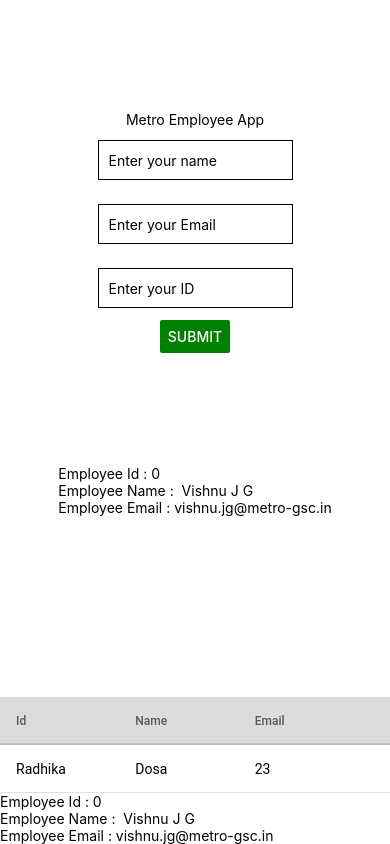
Repository: VishnuJG/Metro-Employee-App
Screen: /
These files come from the project's save history. The screen is drawn as it stood at one moment and after the next save; the edit follows.
The app was drawn by React Native's web renderer in a window 390 px wide. The project was rebuilt for these pictures with package versions that can differ from the ones it lists, and the page was loaded fresh each time.

Above is the screen before, as saved 2022-06-28 14:49:48.

### App.js
import { StatusBar } from 'expo-status-bar';
import React, { useState } from "react";
import { StyleSheet, Text, View, TextInput, Button, Alert} from 'react-native';
import { useDimensions } from '@react-native-community/hooks';
import Task from './components/Task';
import { DataTable } from "react-native-paper";
import Table from './components/Table';


export default function App() {

  // const {landscape}=useDimensions();
  const [emp, onEmpUpdate] = useState([{ id: 0, name: " Vishnu J G", email:"vishnu.jg@metro-gsc.in" }]);
  const [name, onChangeName] = useState("");
  const [email, onChangeEmail] = useState("");
  const [id, onChangeid] = useState(null);
  const onSubmit=(e)=>{
    e.preventDefault();
    if(!name){
      Alert.alert('Invalid Name', 'Invalid Name field',[{text: 'Okay', onPress:()=>{console.log("Okay Pressed")}},{text: 'No', onPress:()=>{console.log("No Pressed")}}])
    }
    if(!email){
      Alert.alert('Invalid Email', 'Invalid Email field',[{text: 'Okay', onPress:()=>{console.log("Okay Pressed")}},{text: 'No', onPress:()=>{console.log("No Pressed")}}])
    }
    if(!/\S+@\S+\.\S+/.test(email)){
      Alert.alert('Invalid Email', 'Invalid Email field',[{text: 'Okay', onPress:()=>{console.log("Okay Pressed")}},{text: 'No', onPress:()=>{console.log("No Pressed")}}])
    }
    if(!id){
      Alert.alert('Invalid Id', 'Invalid ID field',[{text: 'Okay', onPress:()=>{console.log("Okay Pressed")}},{text: 'No', onPress:()=>{console.log("No Pressed")}}])
    }
    console.log(name);
    console.log(email);
    console.log(id);
    const newEmp={id, name, email};
    onChangeName('');
    onChangeEmail('');
    onChangeid(null);
    onEmpUpdate([...emp, newEmp]);
  }
  return (
    <View style={styles.container} >
        <View style={styles.container}>
        <Text>Metro Employee App</Text>

        <TextInput
          style={styles.input}
          onChangeText={onChangeName}
          placeholder="Enter your name"
          value={name}
        />
        <TextInput
          style={styles.input}
          onChangeText={onChangeEmail}
          value={email}
          placeholder="Enter your Email"
          // keyboardType="numeric"
        />

        <TextInput
          style={styles.input}
          onChangeText={onChangeid}
          value={id}
          placeholder="Enter your ID"
          keyboardType="numeric"
        />
        <Button title="Submit"
          color="green"
          onPress={onSubmit}
          /></View>
        <View style={{flex:0.5, flexDirection: 'column'}}>
        {emp.map((newid)=>(<Task key={newid.id} ename={newid.name} eid={newid.id} eemail={newid.email}/>))}
        </View>
        <DataTable >
          <DataTable.Header style={styles.tableHeader}>
            <DataTable.Title>Id</DataTable.Title>
            <DataTable.Title>Name</DataTable.Title>
            <DataTable.Title>Email</DataTable.Title>
          </DataTable.Header>
          <DataTable.Row>
            <DataTable.Cell>Radhika</DataTable.Cell>
            <DataTable.Cell>Dosa</DataTable.Cell>
            <DataTable.Cell>23</DataTable.Cell>
          </DataTable.Row>
          {emp.map((newid)=>(<Task key={newid.id} ename={newid.name} eid={newid.id} eemail={newid.email}/>))}
        </DataTable>
    </View>
  );
}

const styles = StyleSheet.create({
  container: {
    flex: 1,
    flexDirection: 'column',
    backgroundColor: '#fff',
    alignItems: 'center',
    justifyContent: 'center',
    fontSize: 20,
    // paddingTop:20,
    width:'100%',
  },
  input: {
    height: 40,
    margin: 12,
    borderWidth: 1,
    width:'50%',
    padding: 10,
  },
  tableHeader: {
    backgroundColor: '#DCDCDC',
  },

});

### components/Task.js
import { StatusBar } from 'expo-status-bar';
import React, { useState } from "react";
import { StyleSheet, Text, View, TextInput, Button, Alert} from 'react-native';
import { useDimensions } from '@react-native-community/hooks';


export default function Task(props) {
  console.log("Hello");
  return (
    <View style={styles.employee}>
      <Text>Employee Id : {props.eid}</Text>
      <Text>Employee Name : {props.ename}</Text>
      <Text>Employee Email : {props.eemail}</Text>

    </View>


  );
}

const styles = StyleSheet.create({
  employee:{
    width:'100%',
    flex:1,
    // flexDirection:'row',
    // justifyContent: 'flex-start',
  }
});

### components/Table.js
import { StatusBar } from 'expo-status-bar';
import React, { useState } from "react";
import { StyleSheet, Text, View, TextInput, Button, Alert} from 'react-native';
import { useDimensions } from '@react-native-community/hooks';
import { DataTable } from "react-native-paper";


export default function Table(props) {
  console.log("Hello");
  return (
    <DataTable.Row>
            <DataTable.Cell>Radhika</DataTable.Cell>
            <DataTable.Cell>Dosa</DataTable.Cell>
            <DataTable.Cell>23</DataTable.Cell>
    </DataTable.Row>


  );
}

const styles = StyleSheet.create({
  employee:{
    width:'100%',
    flex:1,
    // flexDirection:'row',
    // justifyContent: 'flex-start',
  }
});

After the next save:
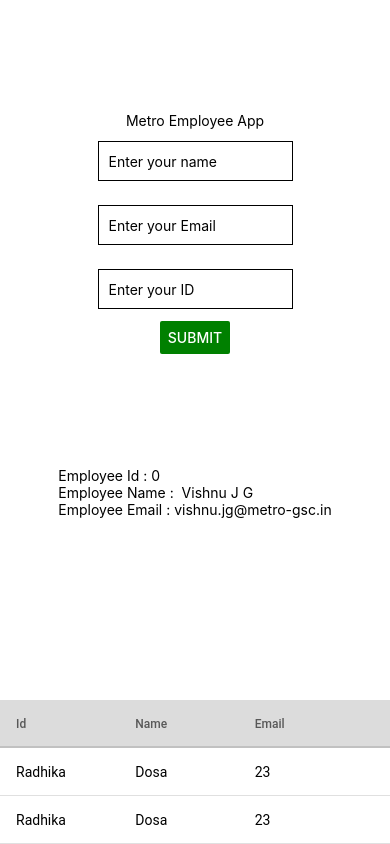
Saved 4 s later.
--- a/App.js
+++ b/App.js
@@ -81,7 +81,7 @@ export default function App() {
             <DataTable.Cell>Dosa</DataTable.Cell>
             <DataTable.Cell>23</DataTable.Cell>
           </DataTable.Row>
-          {emp.map((newid)=>(<Task key={newid.id} ename={newid.name} eid={newid.id} eemail={newid.email}/>))}
+          {emp.map((newid)=>(<Table key={newid.id} ename={newid.name} eid={newid.id} eemail={newid.email}/>))}
         </DataTable>
     </View>
   );
